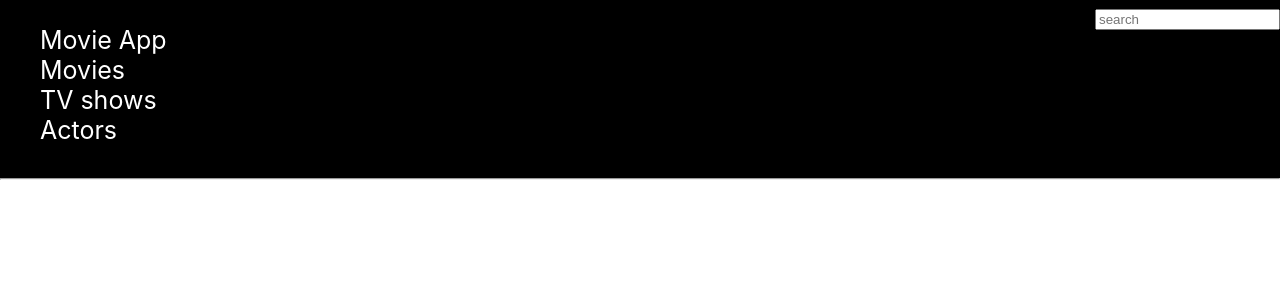
Repository: manahiang/MovieMana
Page: / (app in src/)
These files come from the project's save history. The page is drawn as it stood at one moment and after the next save; the edit follows.
The browser window is 1280 px wide. The pictures show the whole page.
The project was rebuilt for these pictures with package versions that can differ from the ones it lists, and the page was loaded fresh each time. Also part of the build but not shown: src/src/App.css.

Above is the page before, as saved 2022-11-14 10:42:08.

After the next save:
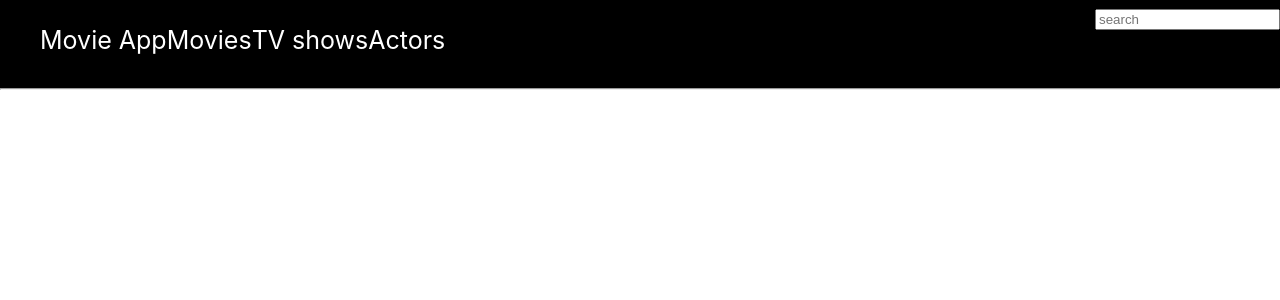
Saved 5 s later.
--- a/src/src/index.css
+++ b/src/src/index.css
@@ -18,7 +18,7 @@ body {
   font-size: 25px;
 }
 .menu ul li{
-  display: block;
+  display: inline;
   align-items: center;
   justify-content: center;
 }
